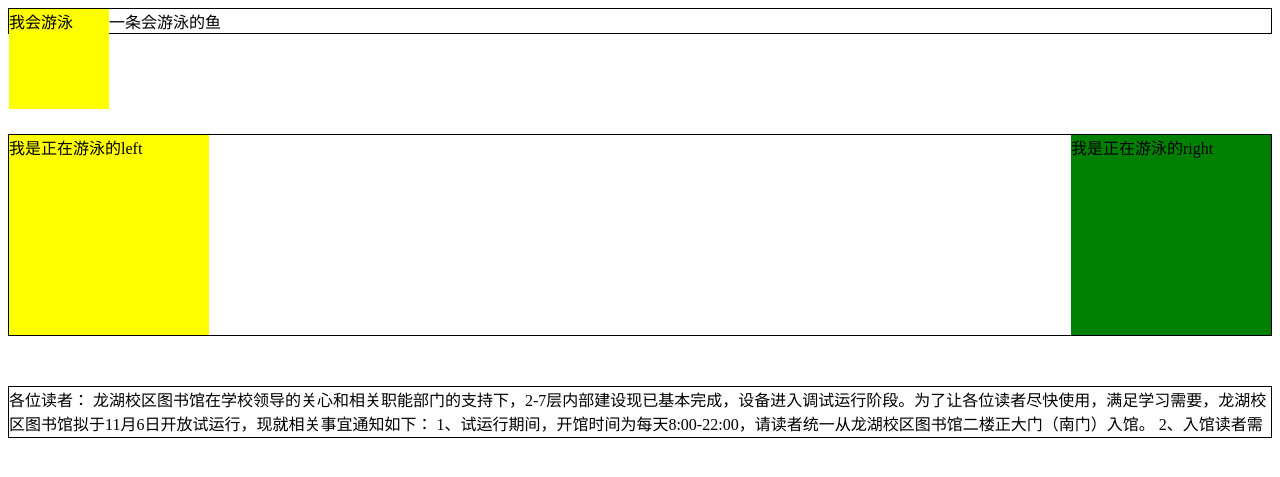
Repository: nanvon/front-end_byhuawei
Page: CSS浮动.html
The author's editor kept a copy of each file at every save. The page is drawn from the files as they stood at one save, then again after the next save.
The browser window is 1280 px wide. The pictures show the whole page.

Above is the page before, as saved 2020-12-09 21:28:21.

After the next save:
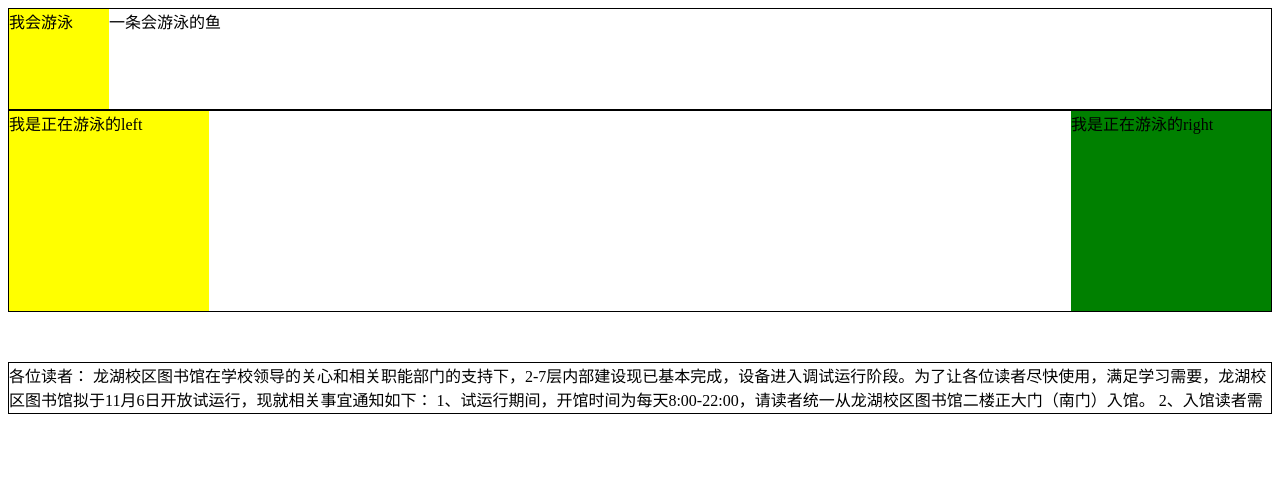
Saved 119 s later.
--- a/CSS浮动.html
+++ b/CSS浮动.html
@@ -47,7 +47,7 @@
 </head>
 
 <body>
-    <div class="box">一条会游泳的鱼
+    <div class="box1">一条会游泳的鱼
         <div class="swim">我会游泳</div>
     </div>
 

After the save that followed:
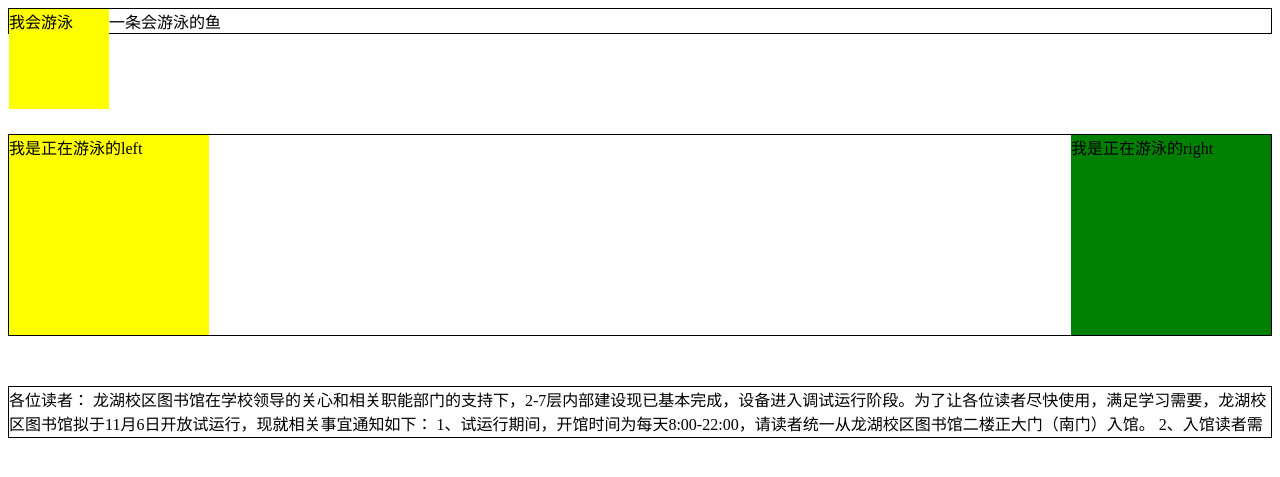
Saved 9 s later.
--- a/CSS浮动.html
+++ b/CSS浮动.html
@@ -47,7 +47,7 @@
 </head>
 
 <body>
-    <div class="box1">一条会游泳的鱼
+    <div class="box">一条会游泳的鱼
         <div class="swim">我会游泳</div>
     </div>
 
